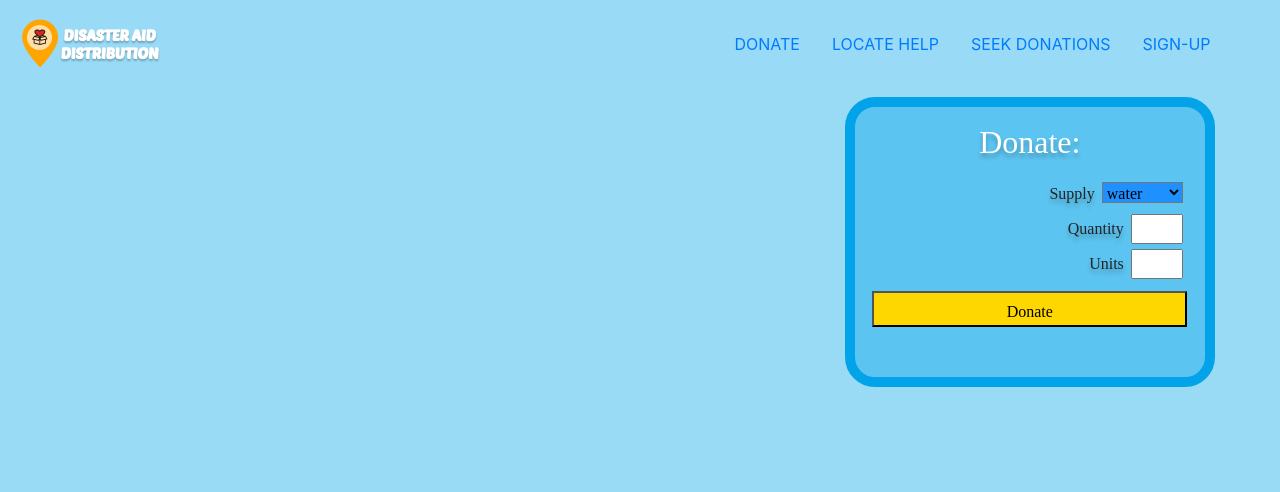
Repository: uprm-inso-4115-2019-2020-S2/semester-project-inso4115-DisasterAid-backend
Page: /donate-modal (app in disaster-aid/)
The author's editor kept a copy of each file at every save. The page is drawn from the files as they stood at one save, then again after the next save.
The browser window is 1280 px wide. The pictures show the whole page.
The project was rebuilt for these pictures with package versions that can differ from the ones it lists, and the page was loaded fresh each time. Also part of the build but not shown: disaster-aid/angular.json, disaster-aid/src/app/login/login.component.ts, disaster-aid/src/app/register/register.component.ts, disaster-aid/src/app/home/home.component.ts, disaster-aid/src/app/landing-page/landing-page.component.ts, disaster-aid/src/app/donations/donations.component.ts, disaster-aid/src/app/donations.service.ts.

Above is the page before, as saved 2020-05-09 01:49:26.

### disaster-aid/src/index.html
<!doctype html>
<html lang="en">
<head>
  <meta charset="utf-8">
  <title>DisasterAid</title>
  <base href="/">
  <meta name="viewport" content="width=device-width, initial-scale=1">
  <link rel="icon" type="image/x-icon" href="favicon.ico">
</head>
<body>
  <app-root></app-root>
</body>
</html>

### disaster-aid/src/styles.css
/* You can add global styles to this file, and also import other style files */

html { background-color:rgba(2, 163, 232, 0.4); }

### disaster-aid/src/app/app.module.ts
import { BrowserModule } from '@angular/platform-browser';
import { NgModule } from '@angular/core';
import { FormsModule, ReactiveFormsModule } from '@angular/forms';



import { AppRoutingModule } from './app-routing.module';
import { AppComponent } from './app.component';
import { RegisterComponent } from './register/register.component';
import { LoginComponent } from './login/login.component';
import { HttpClientModule } from '@angular/common/http';
import { HomeComponent } from './home/home.component'
import { UserApiService } from './userapi.service';
import { LandingPageComponent } from './landing-page/landing-page.component';
import { DonationsComponent } from './donations/donations.component';
import { DonateModalComponent } from './donate-modal/donate-modal.component';


@NgModule({
  declarations: [
    AppComponent,
    RegisterComponent,
    LoginComponent,
    HomeComponent,
    LandingPageComponent,
    DonationsComponent,
    DonateModalComponent,
  ],
  imports: [
    BrowserModule,
    AppRoutingModule,
    FormsModule,
    ReactiveFormsModule,
    HttpClientModule
  ],
  providers: [UserApiService],
  bootstrap: [AppComponent]
})
export class AppModule { }

### disaster-aid/src/app/app-routing.module.ts
import { NgModule } from '@angular/core';
import { Routes, RouterModule } from '@angular/router';
import {LoginComponent} from './login/login.component';
import { RegisterComponent } from './register/register.component';
import { HomeComponent } from './home/home.component';
import { LandingPageComponent } from './landing-page/landing-page.component';
import { DonationsComponent } from './donations/donations.component';
import { DonateModalComponent} from './donate-modal/donate-modal.component';


const routes: Routes = [
  { path: '', redirectTo: '/landing_page', pathMatch: 'full'}, //Make home the default landing page
  { path: 'register', component: RegisterComponent},
  { path: 'login', component: LoginComponent },
  { path: 'home', component: HomeComponent},
  { path: 'landing_page', component: LandingPageComponent },
  { path: 'my-donations', component: DonationsComponent },
  { path: 'donate-modal', component: DonateModalComponent},

];

@NgModule({
  imports: [RouterModule.forRoot(routes)],
  exports: [RouterModule]
})
export class AppRoutingModule { }

### disaster-aid/src/app/app.component.ts
import { Component } from '@angular/core';

@Component({
  selector: 'app-root',
  templateUrl: './app.component.html',
  styleUrls: ['./app.component.css']
})
export class AppComponent {
  title = 'disaster-aid';
}

### disaster-aid/src/app/userapi.service.ts
import { Injectable } from '@angular/core';
import { HttpClient, HttpErrorResponse, HttpHeaders } from '@angular/common/http';
import { User } from './user';
import { Observable, throwError } from 'rxjs';
import { catchError } from 'rxjs/operators';


@Injectable({
  providedIn: 'root'
})
export class UserApiService {

  constructor(private httpClient:HttpClient) { }

  private _handleError(error: HttpErrorResponse | any) {
    let data = {};
                data = {
                    reason: error && error.error.reason ? error.error.reason : '',
                    status: error.status
                };
                console.error(data);
                return throwError(error);
  }

    public server:String = " http://localhost:5000/";

   public getUsers() : Observable<User[]> {
     return this.httpClient
     .get<User[]>(this.server + "DAD/users")
     .pipe(catchError (this._handleError));
   }

   public getUser(userID : String): Observable<User> {
    return this.httpClient
    .get<User>(this.server + `DAD/users/${userID}`)
    .pipe(catchError (this._handleError));
  }

  public createUser(user: User): Observable<any> {

    const httpOptions = {
      headers: new HttpHeaders ({
        'Content-Type':'application/json',
        'Accept': 'application/json'
      })
    };
    return this.httpClient
    .post(this.server + "DAD/users", user, httpOptions)
    .pipe(catchError (this._handleError));;
  }


}

### disaster-aid/src/app/donate-modal/donate-modal.component.ts
import { Component, OnInit } from '@angular/core';

@Component({
  selector: 'app-donate-modal',
  templateUrl: './donate-modal.component.html',
  styleUrls: ['./donate-modal.component.css']
})
export class DonateModalComponent implements OnInit {

  constructor() { }

  ngOnInit(): void {
  }

}

### disaster-aid/src/app/donate-modal/donate-modal.component.html
<nav class="navbar navbar-light" style="background-color: rgba(2, 163, 232, 0.4);">
    <a class="navbar-brand mr-1" href="#"><img src="/assets/DAD_logo.png" style="width: 50%;"></a>
    <ul class="nav navbar-justified navbar-right ml-auto" style="margin-right: 3%;">
        <li class="nav-item">
            <a class="nav-link menuItem" routerLink="/my-donations"  >DONATE</a>
        </li>
        <li class="nav-item">
            <a class="nav-link menuItem"  href="#">LOCATE HELP</a>
        </li>
        <li class="nav-item">
            <a class="nav-link menuItem" href="#">SEEK DONATIONS</a>
        </li>
        <li class="nav-item">
            <a class="nav-link menuItem"  routerLink="/register" routerLinkActive="active">SIGN-UP</a>
        </li>
    </ul>
</nav>

<div class="donateBox">
    <p style="font-size: xx-large; text-align: center; padding-top: 3%; color: white;">Donate:</p>
    <!-- <form [formGroup]="loginForm" (ngSubmit)="onSubmit(loginForm.value)"> -->
        <div style="text-align: right; padding-right: 22px;">
            <div>
                <label for="Supply" style="padding-right: 7px;">Supply</label>
                <select id="supply" name="supply" class="select">
                    <option value="water">water</option>
                    <option value="food">food</option>
                    <option value="medicine">medicine</option>
                    <option value="clothing">clothing</option>

                </select>
            </div>
            <div>
                <label for="quantity" style="padding-right: 7px;">Quantity</label>
                <input type="number" id="quantity" name="quantity" min="1" max="5">
            </div>
            <div>
                <label for="units" style="padding-right: 7px;">Units</label>
                <input type="number" id="quantity" name="quantity" min="1" max="5">
            </div>
        </div>

        <div style="text-align: center;  padding-top: 7px;">
            <button class="donateButton" type="submit">Donate</button>
        </div>
    <!-- </form> -->

    <!-- <div style="text-align: center; padding-top: 5px; font-size: large;">
        <label style="color: white; padding-right: 5px;">Don't have an account?</label>
        <a routerLink="/register" routerLinkActive="active" style="color:#FFBC40 ;">Sign up</a>
    </div> -->

</div>

### disaster-aid/src/app/donate-modal/donate-modal.component.css
.donateBox {
    position: absolute;
    width: 370px;
    height: 290px;
    left: 66%;
    top: 97px;
    background: rgba(2, 163, 232, 0.4);
    border: 10px solid #02A3E8;
    border-radius: 30px;
    font-family: 'Fredoka One', cursive;
    font-family: 'Gochi Hand', cursive;
    text-shadow: 0px 4px 4px rgba(0, 0, 0, 0.25);
}

.donateButton{
    text-align: center;
    padding-top: 7px;
    background: gold;
    width: 90%;
}

.select{
    background-color: dodgerblue;
    /* display: none; */
    position: relative;
    font-family: 'Gochi Hand', cursive;
}

Loaded but not shown: disaster-aid/src/main.ts (common file); disaster-aid/src/environments/environment.ts (common file); disaster-aid/src/app/app.component.html (common file); disaster-aid/src/app/app.component.css (no stored copy; drawn as an empty file)

After the next save:
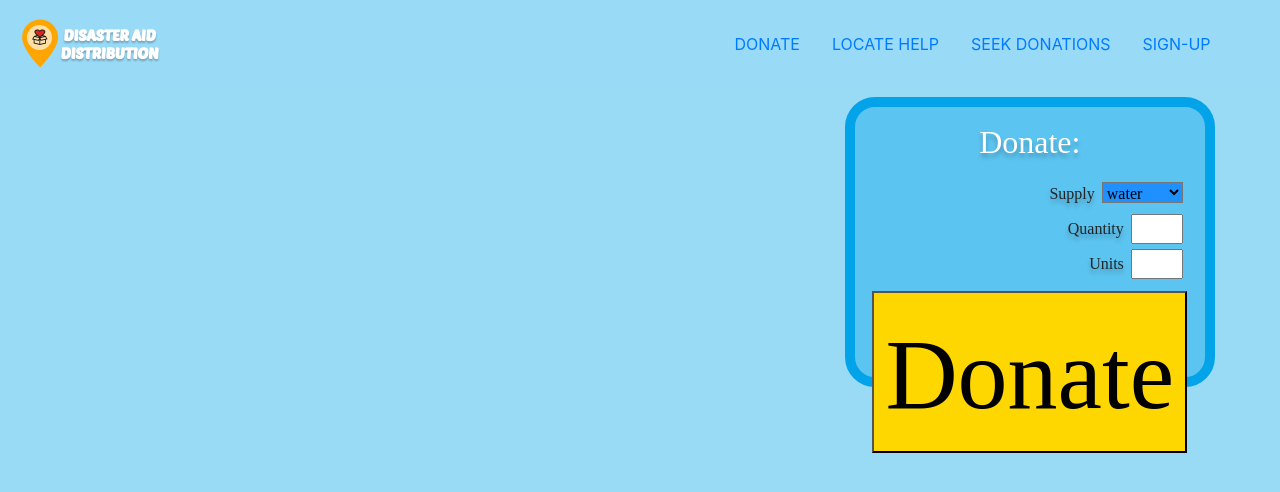
Saved 3 min 18 s later.
--- a/disaster-aid/src/app/donate-modal/donate-modal.component.css
+++ b/disaster-aid/src/app/donate-modal/donate-modal.component.css
@@ -17,6 +17,7 @@
     padding-top: 7px;
     background: gold;
     width: 90%;
+    font-size:100px
 }
 
 .select{
